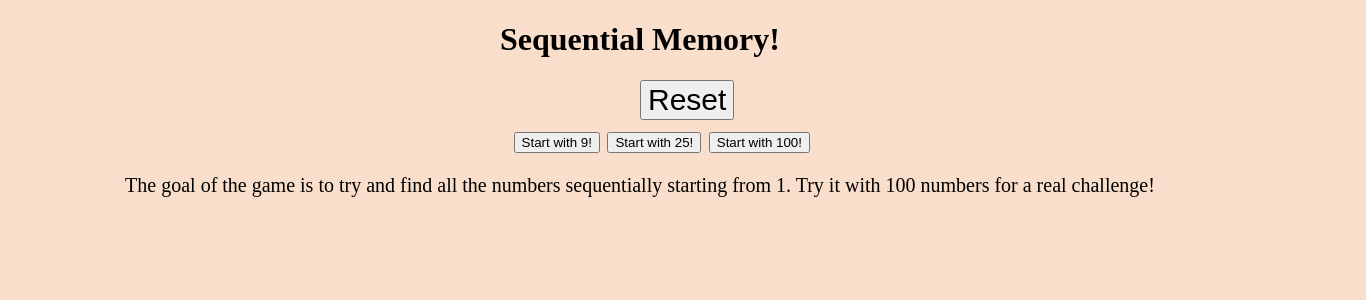
Repository: HyveMynd/htdocs
Page: PS1/SequentialMemory.html
These files come from the project's save history. The page is drawn as it stood at one moment and after the next save; the edit follows.
The browser window is 1280 px wide. The page is 1366 px wide, so the pictures cover 1366 px, including what lies to the right of the window. The pictures show the whole page.
Some web libraries are served in a nearby version.

Above is the page before, as saved 2013-01-22 05:15:02.

### PS1/SequentialMemory.html
<!--
	Andres Monroy
	U0733037
	CS4540
-->
<!DOCTYPE html PUBLIC "-//W3C//DTD HTML 4.01 Transitional//EN" "http://www.w3.org/TR/html4/loose.dtd">
<html>
<head>
<meta http-equiv="Content-Type" content="text/html; charset=UTF-8">
<link rel="stylesheet" href="MemoryStyle.css" type="text/css" />
<script type="text/javascript" src="https://ajax.googleapis.com/ajax/libs/jquery/1.7.1/jquery.min.js"></script>
<script src="MemoryControl.js" type="text/javascript" ></script>
<title>Number Memory</title>
</head>
<body>
<h1>Sequential Memory!</h1>
<input id=Reset type=button onclick=window.location.reload() value=Reset />
<div class=gameboard ></div>
<div class=select>
	<button id=num3 onclick="displayBoard(3)">Start with 9!</button>
	<button id=num5 onclick="displayBoard(5)">Start with 25!</button>
	<button id=num10 onclick="displayBoard(10)">Start with 100!</button>
</div>
<p class=Instructions >The goal of the game is to try and find all the
numbers sequentially starting from 1. Try it with 100 numbers for a real challenge!</p>
</body>
</html>

### PS1/MemoryStyle.css
/*	Andres Monroy
	U0733037
	CS4540
*/

@CHARSET "UTF-8";
body { background-color:#f9dfcb; }
h1 { text-align:center; color:black }
table {
	text-align:center;
	color:black;
	border: 5px solid black;
	border-collapse:collapse;
	margin:auto;
	font-size:50px;
}
tr { border: 5px solid black; height: 100px; width: 100px; }
td { border: 5px solid black; height: 100px; width: 100px; }
p {text-align:center; font-size:20px}
.gameboard input {
	height:90px;
	width:90px;
	background-color:#faaaab;
	font-size:30px;
	color:#faaaab;
}
.select {
	font-size:30px;
	margin-left:40%;
	margin-right:auto;
}


#Reset {
	font-size:30px;
	margin-left:50%;
	margin-right:50%;
}

### PS1/MemoryControl.js
var current = 0;
var numbers = new Array();
var rowsColumns;

function displayNumber(button){
	//show number in black
	$(button).css({color:"#000000"});
	var selected = $(button).val();
	//if the number is sequential, do not fade
	if (selected == current+1){
		current++;
	}
	//else reset the numbers to be invisible
	else{
		window.setTimeout(function () {showbutton();}, 500);
		current=0;
	}
	//check for game completion
	if(current == rowsColumns*rowsColumns){
		gameComplete();
	}
}

function showbutton(){
	//reset all the numbers back to blank
	$(".gameboard input").css({color:"#faaaab"});
}

function displayBoard(num){
	rowsColumns = num;
	for (var i = 0; i < num*num; i++){
		numbers[i] = i+1;
	}

	//add the buttons to the gameboard
	var board = "<table>";
	for (var r = 0; r < num; r++){
		var row = "<tr>";
		for (var c = 0; c < num; c++){
			var key = Math.floor(Math.random() * numbers.length-1);
			var number = numbers.splice(key, 1);
			//randomly select array numbers
			row += "<td><input type=button value="+number+" /></td>";
		}
		row += "</tr>";
		board += row;
	}
	board += "</table>";
	$(".gameboard").append(board);
	//hide buttons
	$("#num3").hide();
	$("#num5").hide();
	$("#num10").hide();
	$("#Reset").hide();

	//tie gameboard buttons
	$(".gameboard input").click(function () { play(this); });
}

function play(button){
	//get the row and column of the button
	var td = $(button).parent();
	var col = td.parent().children().index(td);
	var row = td.parent().parent().children().index(td.parent());

	//toggle the number to display
	toggle(row, col);
}

function toggle (r,c){
	var button = $(".gameboard input").get(r*rowsColumns+c);
	displayNumber(button);
}

function gameComplete(){
	window.alert("Congratulations! You have won!");
	$("#Reset").show();
}

After the next save:
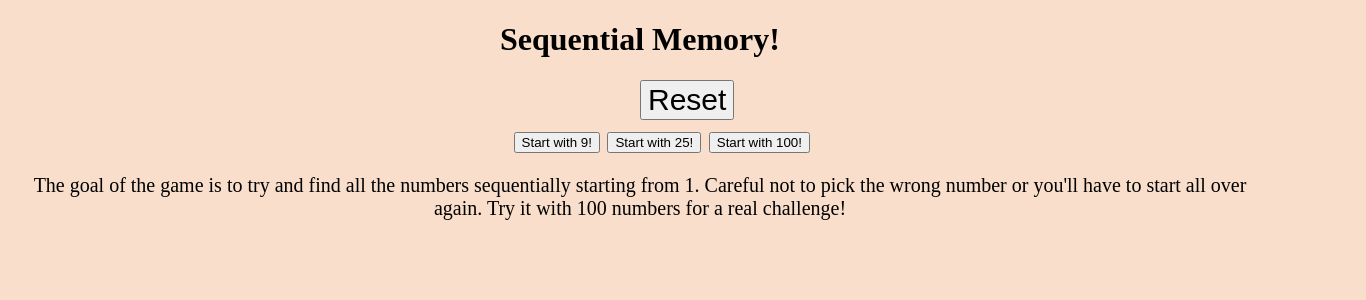
Saved 52 s later.
--- a/PS1/SequentialMemory.html
+++ b/PS1/SequentialMemory.html
@@ -22,6 +22,7 @@
 	<button id=num10 onclick="displayBoard(10)">Start with 100!</button>
 </div>
 <p class=Instructions >The goal of the game is to try and find all the
-numbers sequentially starting from 1. Try it with 100 numbers for a real challenge!</p>
+numbers sequentially starting from 1. Careful not to pick the wrong number or you'll
+have to start all over again. Try it with 100 numbers for a real challenge!</p>
 </body>
 </html>
